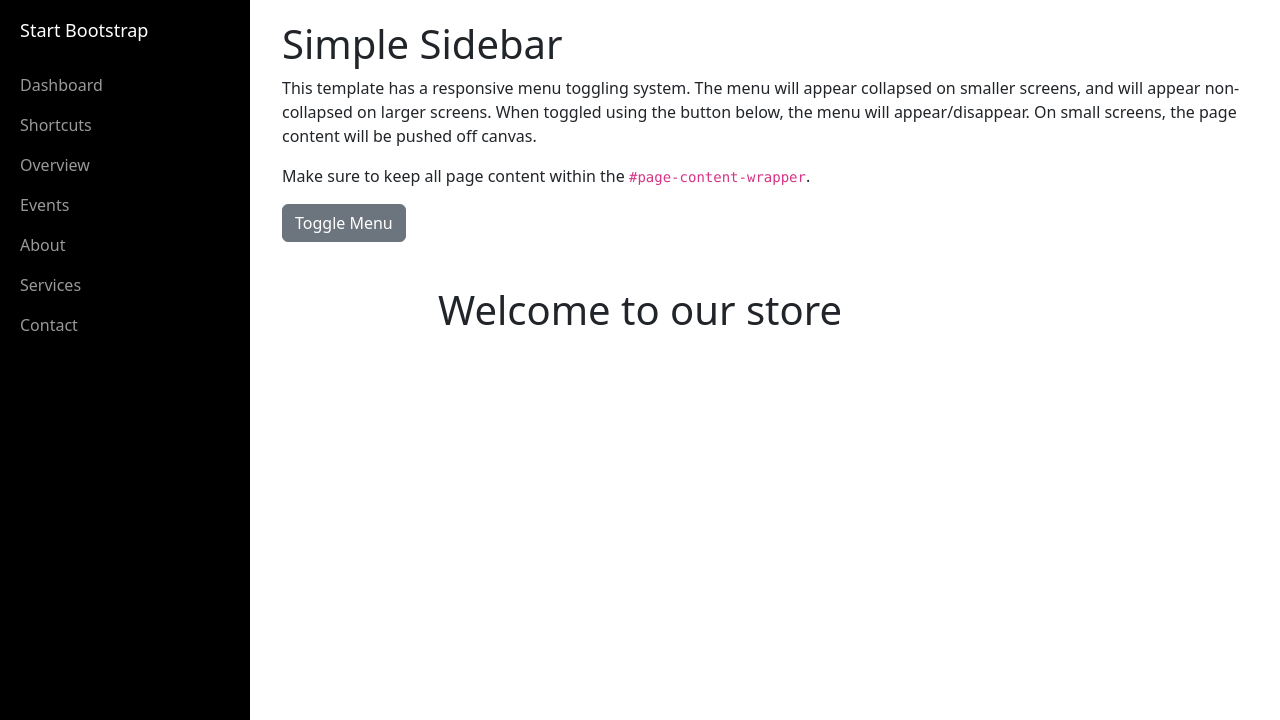
Repository: IAMKholo/capstone
Page: CapProject/OnlineStore/src/main/resources/static/index.html
An editor plug-in stored every save of this project. The page is shown before and after the next save, followed by the edit.
The browser window is 1280 px wide. The pictures show the whole page.

Above is the page before, as saved 2025-03-31 06:41:10.
Console error: ReferenceError: $ is not defined

### CapProject/OnlineStore/src/main/resources/static/index.html
<!doctype html>
<html lang="en">
  <head>
    <meta charset="utf-8">
    <meta name="viewport" content="width=device-width, initial-scale=1">
    <title>BlueStore App</title>
    <link href="https://cdn.jsdelivr.net/npm/bootstrap@5.3.3/dist/css/bootstrap.min.css" rel="stylesheet" integrity="sha384-QWTKZyjpPEjISv5WaRU9OFeRpok6YctnYmDr5pNlyT2bRjXh0JMhjY6hW+ALEwIH" crossorigin="anonymous">


 <style>

 /*!
 * Start Bootstrap - Simple Sidebar (https://startbootstrap.com/template-overviews/simple-sidebar)
 * Copyright 2013-2017 Start Bootstrap
 * Licensed under MIT (https://github.com/BlackrockDigital/startbootstrap-simple-sidebar/blob/master/LICENSE)
 */

body {
  overflow-x: hidden;
}

#wrapper {
  padding-left: 0;
  -webkit-transition: all 0.5s ease;
  -moz-transition: all 0.5s ease;
  -o-transition: all 0.5s ease;
  transition: all 0.5s ease;
}

#wrapper.toggled {
  padding-left: 250px;
}

#sidebar-wrapper {
  z-index: 1000;
  position: fixed;
  left: 250px;
  width: 0;
  height: 100%;
  margin-left: -250px;
  overflow-y: auto;
  background: #000;
  -webkit-transition: all 0.5s ease;
  -moz-transition: all 0.5s ease;
  -o-transition: all 0.5s ease;
  transition: all 0.5s ease;
}

#wrapper.toggled #sidebar-wrapper {
  width: 250px;
}

#page-content-wrapper {
  width: 100%;
  position: absolute;
  padding: 15px;
}

#wrapper.toggled #page-content-wrapper {
  position: absolute;
  margin-right: -250px;
}


/* Sidebar Styles */

.sidebar-nav {
  position: absolute;
  top: 0;
  width: 250px;
  margin: 0;
  padding: 0;
  list-style: none;
}

.sidebar-nav li {
  text-indent: 20px;
  line-height: 40px;
}

.sidebar-nav li a {
  display: block;
  text-decoration: none;
  color: #999999;
}

.sidebar-nav li a:hover {
  text-decoration: none;
  color: #fff;
  background: rgba(255, 255, 255, 0.2);
}

.sidebar-nav li a:active, .sidebar-nav li a:focus {
  text-decoration: none;
}

.sidebar-nav>.sidebar-brand {
  height: 65px;
  font-size: 18px;
  line-height: 60px;
}

.sidebar-nav>.sidebar-brand a {
  color: #999999;
}

.sidebar-nav>.sidebar-brand a:hover {
  color: #fff;
  background: none;
}

@media(min-width:768px) {
  #wrapper {
    padding-left: 0;
  }
  #wrapper.toggled {
    padding-left: 250px;
  }
  #sidebar-wrapper {
    width: 0;
  }
  #wrapper.toggled #sidebar-wrapper {
    width: 250px;
  }
  #page-content-wrapper {
    padding: 20px;
    position: relative;
  }
  #wrapper.toggled #page-content-wrapper {
    position: relative;
    margin-right: 0;
  }
}

 </style>


  </head>
  <body>
  <div id="wrapper" class="toggled">

        <!-- Sidebar -->
        <div id="sidebar-wrapper">
            <ul class="sidebar-nav">
                <li class="sidebar-brand">
                    <a href="#">
                        Start Bootstrap
                    </a>
                </li>
                <li>
                    <a href="#">Dashboard</a>
                </li>
                <li>
                    <a href="#">Shortcuts</a>
                </li>
                <li>
                    <a href="#">Overview</a>
                </li>
                <li>
                    <a href="#">Events</a>
                </li>
                <li>
                    <a href="#">About</a>
                </li>
                <li>
                    <a href="#">Services</a>
                </li>
                <li>
                    <a href="#">Contact</a>
                </li>
            </ul>
        </div>
        <!-- /#sidebar-wrapper -->

        <!-- Page Content -->
        <div id="page-content-wrapper">
            <div class="container-fluid">
                <h1>Simple Sidebar</h1>
                <p>This template has a responsive menu toggling system. The menu will appear collapsed on smaller screens, and will appear non-collapsed on larger screens. When toggled using the button below, the menu will appear/disappear. On small screens, the page content will be pushed off canvas.</p>
                <p>Make sure to keep all page content within the <code>#page-content-wrapper</code>.</p>
                <a href="#menu-toggle" class="btn btn-secondary" id="menu-toggle">Toggle Menu</a>
            </div>
        </div>
        <!-- /#page-content-wrapper -->

    </div>
    <!-- /#wrapper -->

    <!-- Menu Toggle Script -->
    <script>
    $("#menu-toggle").click(function(e) {
        e.preventDefault();
        $("#wrapper").toggleClass("toggled");
    });
    </script>







    <div class="container">
    <h1 class="text-center my-4">Welcome to our store</h1>

    <a class="btn btn-primary" href="/products">Products</a>


    </div>
    <script src="https://cdn.jsdelivr.net/npm/bootstrap@5.3.3/dist/js/bootstrap.bundle.min.js" integrity="sha384-YvpcrYf0tY3lHB60NNkmXc5s9fDVZLESaAA55NDzOxhy9GkcIdslK1eN7N6jIeHz" crossorigin="anonymous"></script>
  </body>
</html>

After the next save:
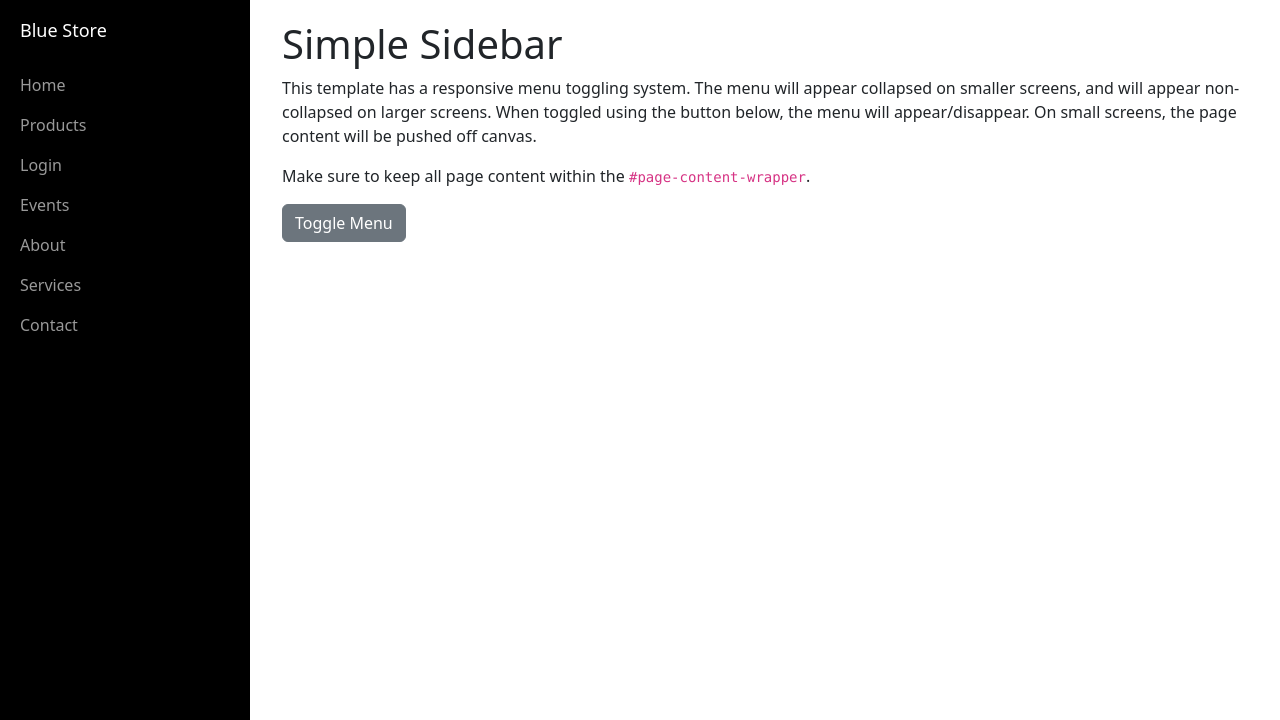
Saved 17 min 32 s later.
--- a/CapProject/OnlineStore/src/main/resources/static/index.html
+++ b/CapProject/OnlineStore/src/main/resources/static/index.html
@@ -144,17 +144,17 @@ body {
             <ul class="sidebar-nav">
                 <li class="sidebar-brand">
                     <a href="#">
-                        Start Bootstrap
+                      Blue Store
                     </a>
                 </li>
                 <li>
-                    <a href="#">Dashboard</a>
-                </li>
-                <li>
-                    <a href="#">Shortcuts</a>
-                </li>
-                <li>
-                    <a href="#">Overview</a>
+                    <a href="#">Home</a>
+                </li>
+                <li>
+                    <a href="#">Products</a>
+                </li>
+                <li>
+                    <a href="#">Login</a>
                 </li>
                 <li>
                     <a href="#">Events</a>
@@ -195,18 +195,6 @@ body {
     </script>
 
 
-
-
-
-
-
-    <div class="container">
-    <h1 class="text-center my-4">Welcome to our store</h1>
-
-    <a class="btn btn-primary" href="/products">Products</a>
-
-
-    </div>
     <script src="https://cdn.jsdelivr.net/npm/bootstrap@5.3.3/dist/js/bootstrap.bundle.min.js" integrity="sha384-YvpcrYf0tY3lHB60NNkmXc5s9fDVZLESaAA55NDzOxhy9GkcIdslK1eN7N6jIeHz" crossorigin="anonymous"></script>
   </body>
 </html>
